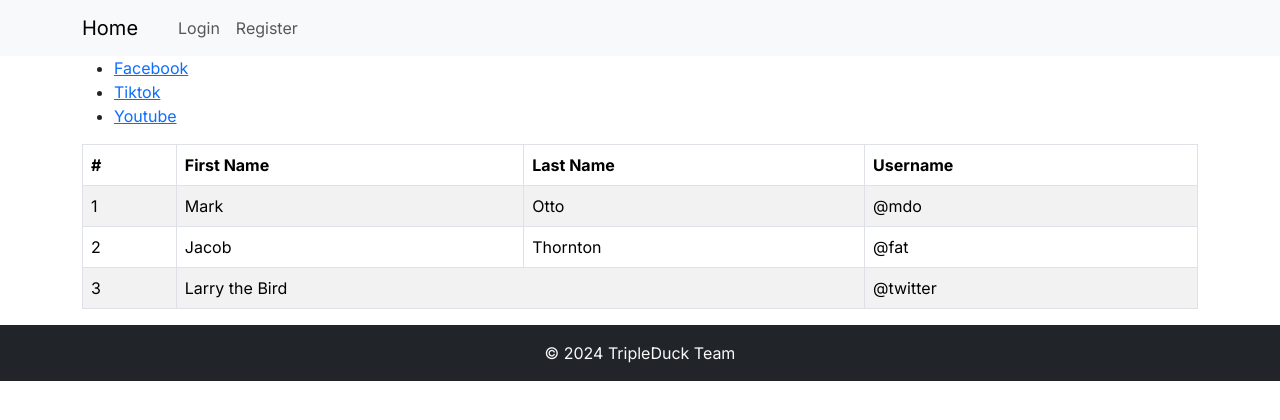
Repository: tdphong1293/KHDL01_DemoWebKafka
Page: / (app in Frontend_Client/)
These files come from the project's save history. The page is drawn as it stood at one moment and after the next save; the edit follows.
The browser window is 1280 px wide. The pictures show the whole page.
The project was rebuilt for these pictures with package versions that can differ from the ones it lists, and the page was loaded fresh each time. The framework's server and built-in components were replaced by stand-ins that run in the browser. Also part of the build but not shown: Frontend_Client/next.config.mjs.

Above is the page before, as saved 2024-07-21 15:59:46.

After the next save:
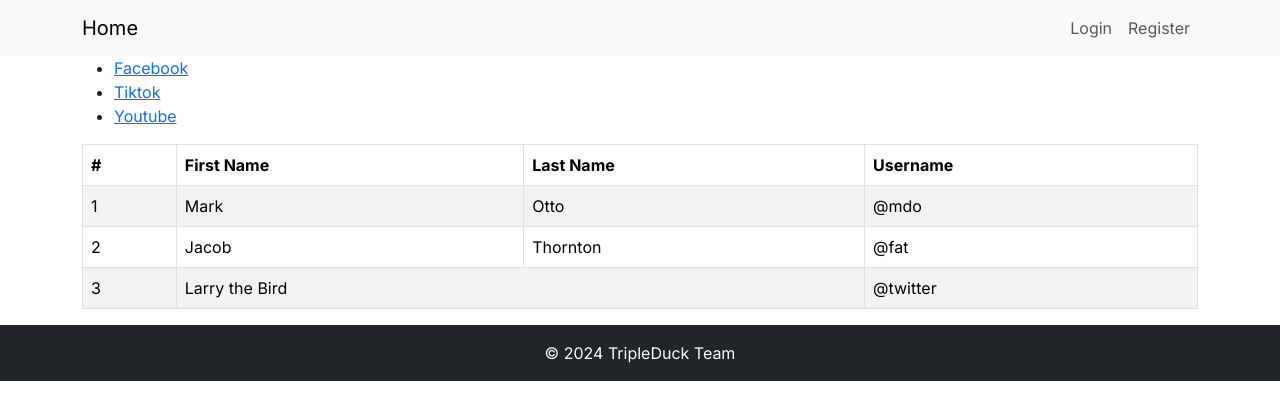
Saved 91 s later.
--- a/Frontend_Client/src/components/header.tsx
+++ b/Frontend_Client/src/components/header.tsx
@@ -14,7 +14,10 @@ function Header() {
                 </Navbar.Brand>
                 <Navbar.Toggle aria-controls="basic-navbar-nav" />
                 <Navbar.Collapse id="basic-navbar-nav">
-                    <Nav className="me-auto">
+                <Nav className="me-auto">
+                        {/* Các liên kết khác nếu có */}
+                    </Nav>
+                    <Nav className="ms-auto"> {/* Đặt các liên kết ở góc phải */}
                         <Nav.Item>
                             <Link href={"/auth/login"} className="nav-link">Login</Link>
                         </Nav.Item>
